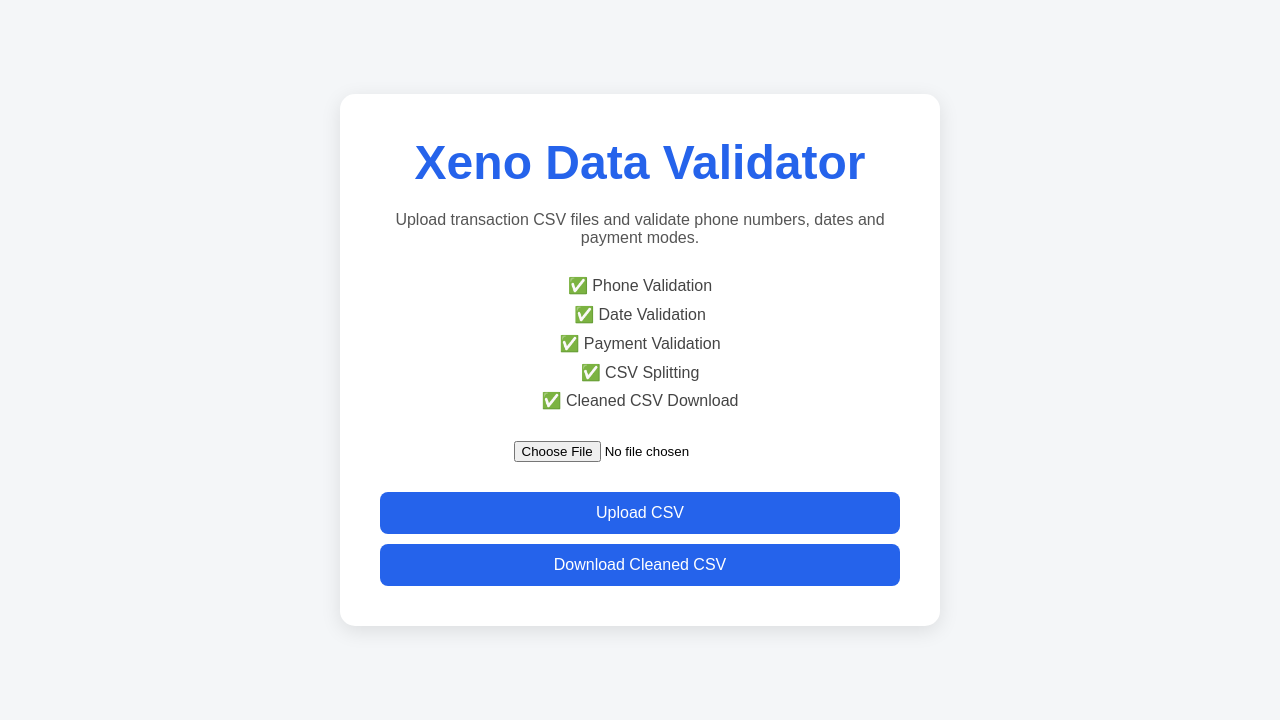
Repository: Aartigarg446/xeno-data-validator
Page: / (app in frontend/)
These files come from the project's save history. The page is drawn as it stood at one moment and after the next save; the edit follows.
The browser window is 1280 px wide. The pictures show the whole page.
The project was rebuilt for these pictures with package versions that can differ from the ones it lists, and the page was loaded fresh each time. Also part of the build but not shown: frontend/vite.config.js.

Above is the page before, as saved 2026-06-17 14:08:36.

After the next save:
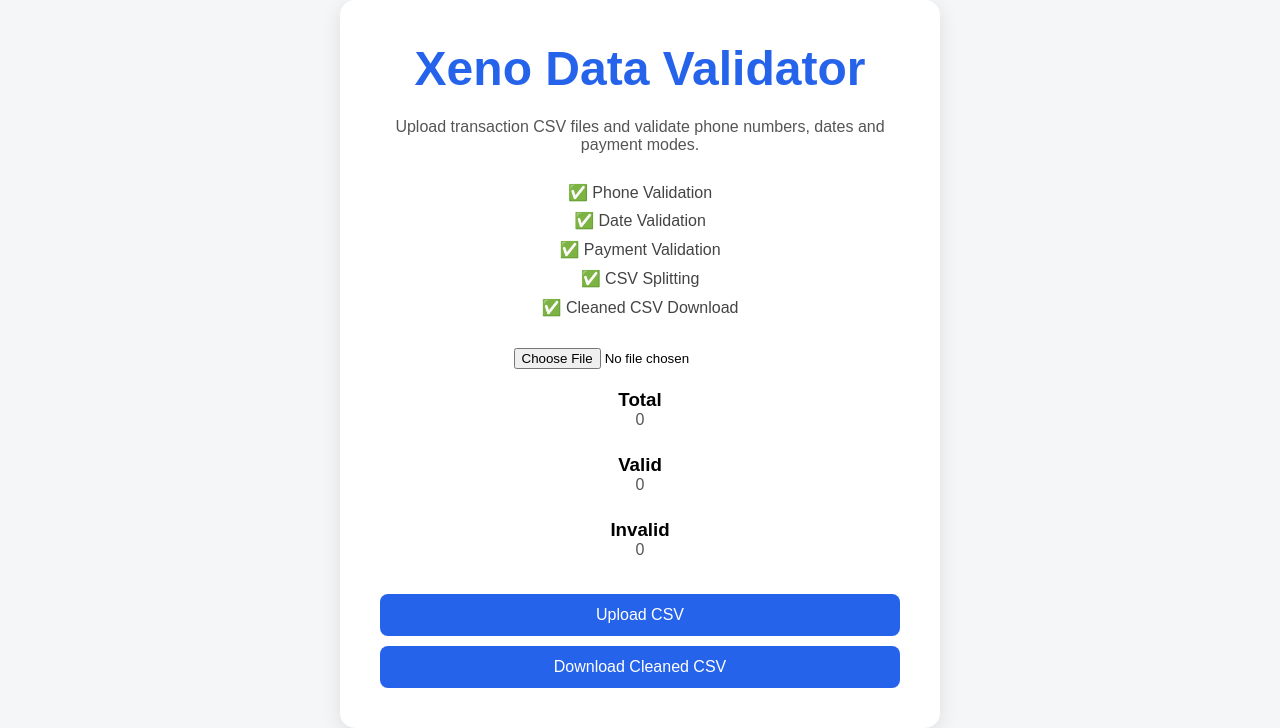
Saved 30 s later.
--- a/frontend/src/App.jsx
+++ b/frontend/src/App.jsx
@@ -82,6 +82,24 @@
 {message && (
   <p>{message}</p>
 )}
+<div className="stats-container">
+
+  <div className="stat-card">
+    <h3>Total</h3>
+    <p>{stats.total}</p>
+  </div>
+
+  <div className="stat-card">
+    <h3>Valid</h3>
+    <p>{stats.valid}</p>
+  </div>
+
+  <div className="stat-card">
+    <h3>Invalid</h3>
+    <p>{stats.invalid}</p>
+  </div>
+
+</div>
         <button onClick={uploadFile}>
           Upload CSV
         </button>
